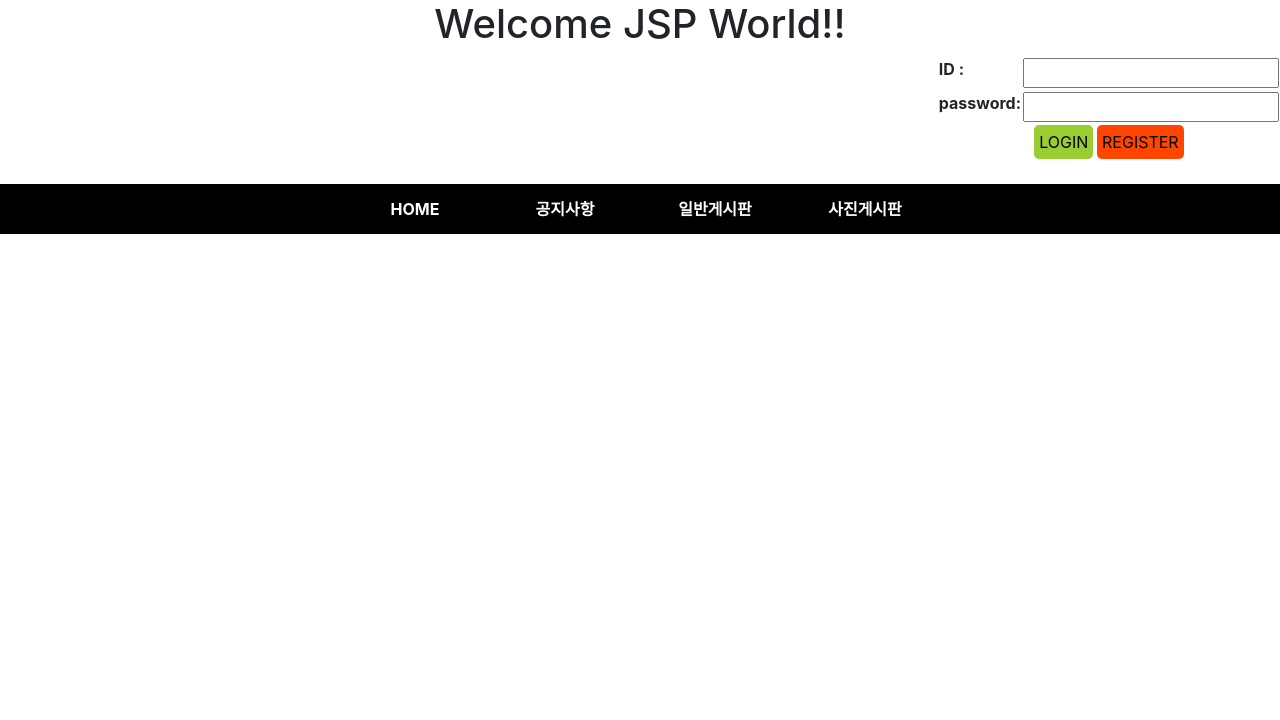
Repository: BrianH29/BH_webserver_workspace2
Page: http://localhost/jspProject/views/board/boardEnrollForm.jsp
These files come from the project's save history. The page is drawn as it stood at one moment and after the next save; the edit follows.
The browser window is 1280 px wide. The pictures show the whole page.
The page is served by Tomcat 9. Other server files are loaded and not shown.

Above is the page before, as saved 2020-09-14 03:42:18.

### jspProject/WebContent/views/board/boardEnrollForm.jsp
<%@ page language="java" contentType="text/html; charset=UTF-8"
    pageEncoding="UTF-8"%>
<!DOCTYPE html>
<html>
<head>
<meta charset="UTF-8">
<title>Insert title here</title>
</head>
<body>
	<%@include file ="../common/menubar.jsp" %>
</body>
</html>

### jspProject/WebContent/views/common/menubar.jsp
<%@ page language="java" contentType="text/html; charset=UTF-8"
	pageEncoding="UTF-8"%>
<%@page import="com.kh.member.model.vo.Member" %>
<%
	String contextPath = request.getContextPath();

	Member loginUser = (Member)session.getAttribute("loginUser");
	// 로그인 전 : null
	// 로그인 후 : 로그인 성공한 회원정보들이 담겨있는 객체

	String alertMsg = (String)session.getAttribute("alertMsg");
	// > 서비스 요청 전: null
	// > 서비스 요청 성공 후 : alert띄어줄 메시지 문구
%>
<!DOCTYPE html>
<html>
<head>
<meta charset="UTF-8">
<title>Insert title here</title>
<style>
#loginForm, #userInfo {
	float: right;
}

#loginForm button {
	border: none;
	padding: 5px;
	border-radius: 5px;
}

#loginForm button:first-child {
	background: yellowgreen;
}

#loginForm button:last-child {
	background: orangered;
}

#userInfo a {
	color: black;
	text-decoration: none;
	font-size: 12px;
}

.navWrap {
	background: black;
}

.menu {
	display: table-cell;
	height: 50px;
	width: 150px;
}

.menu a {
	text-decoration: none;
	color: white;
	font-weight: bold;
	font-size: 16px;
	display: block;
	width: 100%;
	height: 100%;
	line-height: 50px;
}

.menu a:hover{text-decoration:none; color:white;}
.menu:hover {
	background: darkgrey;
}
</style>
<link rel="stylesheet" href="https://maxcdn.bootstrapcdn.com/bootstrap/4.5.2/css/bootstrap.min.css">
    <script src="https://ajax.googleapis.com/ajax/libs/jquery/3.5.1/jquery.min.js"></script>
    <script src="https://cdnjs.cloudflare.com/ajax/libs/popper.js/1.16.0/umd/popper.min.js"></script>
    <script src="https://maxcdn.bootstrapcdn.com/bootstrap/4.5.2/js/bootstrap.min.js"></script>

<script>
	$(function(){
		var msg = "<%= alertMsg %>"; //자바스크립트 변수

		if(msg != "null"){ // msg가 담겨있을 경우
			alert(msg);
			//알람창 띄어준 후에 session에 담긴 메세지 지워야됨
			//안그러면 menubar.jsp가 포함되어있는 페이지 열때마나다 alert 계속뜰거임
			<% session.removeAttribute("alertMsg"); %>
		}
	});//e.function
</script>
</head>
<body>
	<h1 align="center">Welcome JSP World!!</h1>

	<div class="loginArea">

		<% if(loginUser == null) { %>

		<!-- 1. 로그인 전에 보여지는 로그인 form -->
		<form id="loginForm" action="<%=request.getContextPath() %>/login.me" method="post">
			<table>
				<tr>
					<th><label for="userId">ID : </label></th>
					<td><input type="text" id="userId" name="userId" required></td>
				</tr>
				<tr>
					<th><label for="userPwd">password:</label></th>
					<td><input type="password" id="userPwd" name="userPwd"
						required></td>
				</tr>
				<tr>
					<th colspan="2" style="text-align:center;">
						<button type="submit">LOGIN</button>
						<button type="button" onclick="enrollPage();">REGISTER</button>
					</th>
				</tr>
			</table>
		</form>
		<script>
			function enrollPage(){
				//location.href="/jsp/views/member/memberEnrollForm.jsp";
				// 웹 어플리케이션의 디렉토리 구조가 url에 노출되면 보안에 위험

				// 단순한 정적인 페이지 이동이라고 해도 반드시 servlet 거쳐갈것!! => url에	 서블릿 매핑값만 노출됨!
				location.href="<%=request.getContextPath()%>/enrollForm.me";

			}
		</script>
		<%} else { %>
		<!-- 2.로그인 성공 후 보여지는 div-->
        <div id="userInfo">
            <b><%=loginUser.getUserName() %>님</b>의 방문을 환영합니다. <br><br>

            <div align="center">
                <a href="<%= contextPath %>/myPage.me">MyPage</a>
                <a href="<%=request.getContextPath() %>/logout.me">Logout</a>
            </div>
        </div>
		<%} %>

	</div> <!-- e.loginArea -->

	<br clear="both">
	<!-- 위 내용들 무시-->
	<br>

	<div class="navWrap" align="center">
		<div class="menu">
			<a href="<%= contextPath%>">HOME</a>
		</div>
		<div class="menu">
			<a href="<%= contextPath %>/list.no">공지사항</a>
		</div>
		<div class="menu">
			<a href="<%= contextPath%>/list.bo?currentPage=1">일반게시판</a>
		</div>
		<div class="menu">
			<a href="<%=contextPath%>/list.th">사진게시판</a>
		</div>
	</div>
</body>
</html>

After the next save:
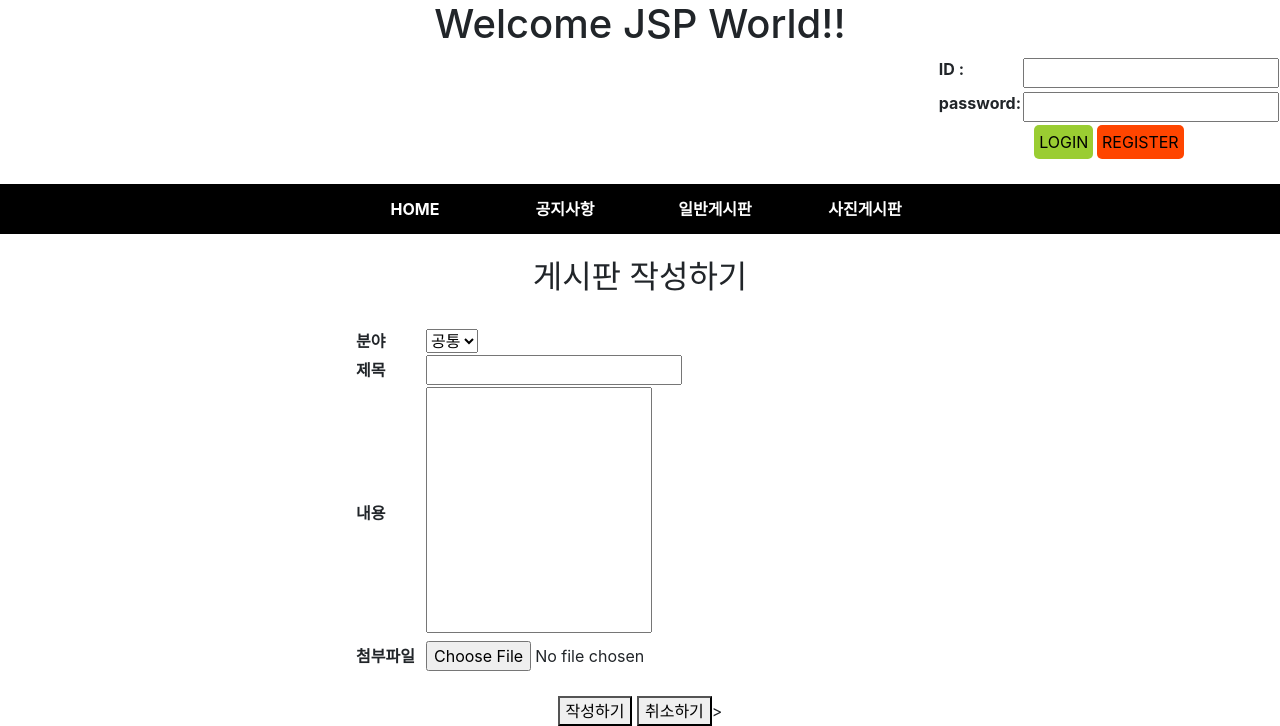
Saved 12 s later.
--- a/jspProject/WebContent/views/board/boardEnrollForm.jsp
+++ b/jspProject/WebContent/views/board/boardEnrollForm.jsp
@@ -8,5 +8,54 @@
 </head>
 <body>
 	<%@include file ="../common/menubar.jsp" %>
+	<div class="outer">
+      <br />
+      <h2 align="center">게시판 작성하기</h2>
+      <br />
+
+      <form action="" id="insertForm" method="POST">
+        <!-- 카테고리, 제목, 내용, 첨부파일-->
+
+        <table align="center">
+          <tr>
+            <th width="70">분야</th>
+            <td width="500">
+              <select name="" id="">
+                <option value="">공통</option>
+                <option value="">운동</option>
+                <option value="">등산</option>
+                <option value="">게임</option>
+                <option value="">낚시</option>
+                <option value="">요리</option>
+                <option value="">기타</option>
+              </select>
+            </td>
+          </tr>
+          <tr>
+            <th>제목</th>
+            <td><input type="text" name="title" required /></td>
+          </tr>
+          <tr>
+            <th>내용</th>
+            <td>
+              <textarea
+                name="content"
+                rows="10"
+                style="resize: none"
+              ></textarea>
+            </td>
+          </tr>
+          <tr>
+            <th>첨부파일</th>
+            <td><input type="file" name="upfile" /></td>
+          </tr>
+        </table>
+        <br />
+        <div align="center">
+          <button type="submit">작성하기</button>
+          <button type="reset">취소하기</button>>
+        </div>
+      </form>
+    </div>
 </body>
 </html>
